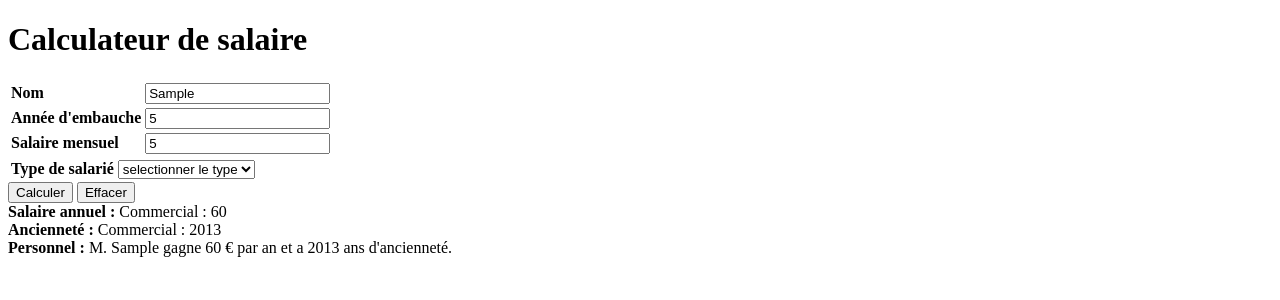
Repository: AgatheLM/formation_js
Page: insee-travaux-js/insee-client-js/tp2.html
An editor plug-in stored every save of this project. The page is shown before and after the next save, followed by the edit.
The browser window is 1280 px wide. The pictures show the whole page.
Empty fields were first filled with sample values (such as "Sample", 5 or name@example.com).
After loading, the first visible `input[onclick="calculer()"]` was clicked once.

Above is the page before, as saved 2018-01-25 11:22:48.

### insee-travaux-js/insee-client-js/tp2.html
<!DOCTYPE html>
<html>
<head>
	<meta charset="utf-8">
	<meta http-equiv="X-UA-Compatible" content="IE=edge">
	<title>TP 2</title>
	<script type="text/javascript" src="scripts/TP2/classe.js"></script>
	<script type="text/javascript" src="scripts/TP2/main.js"></script>
	<script type="text/javascript" src="scripts/TP2/utils.js"></script>
</head>

<body>
<h1> Calculateur de salaire</h1>
<form>
	<table>
		<tbody>
			<tr>
				<td> <label for="nom"> <strong> Nom </strong> </label></td>
				<td> <input type="text" id="nom" name="nom" value=""> </td>
			</tr>
			<tr>
				<td> <label for="anEmbauche"> <strong> Année d'embauche </strong> </label></td>
				<td> <input type="number" id="anEmbauche" name="anEmbauche" value=""> </td>
			</tr>
			<tr>
				<td> <label for="salaireM"> <strong> Salaire mensuel </strong> </label></td>
				<td> <input type="number" id="salaireM" name="salaireM" value=""> </td>
			</tr>
		</tbody>
	</table>
	<div id="divDev" style="display:none">
		<table>
			<tbody>
					<tr>
						<td> <label for="nbAppli"> <strong> Nombre d'applications </strong> </label></td>
						<td> <input type="number" id="nbAppli" name="nbAppli" value=""> </td>
					</tr>
					<tr>
						<td> <label for="note"> <strong> Note moyenne </strong> </label></td>
						<td> <input type="number" id="note" name="note" value=""> </td>
					</tr>
			</tbody>
		</table>
	</div>
	<div id="divCom" style="display:none">
		<table>
			<tbody>
					<tr>
						<td> <label for="pourcent"> <strong> Pourcentage (en %) </strong> </label></td>
						<td> <input type="number" id="pourcent" name="pourcent" value=""> </td>
					</tr>
					<tr>
						<td> <label for="caMoy"> <strong> Chiffre d'affaire moyen </strong> </label></td>
						<td> <input type="number" id="caMoy" name="caMoy" value=""> </td>
					</tr>
					<tr>
						<td> <label for="nbClient"> <strong> Nombre de clients </strong> </label></td>
						<td> <input type="number" id="nbClient" name="nbClient" value=""> </td>
					</tr>
				</tbody>
			</table>
	</div >
	<table>
		<tbody>
			<tr>
				<td> <label for="typeSalarie"> <strong>Type de salarié </strong> </label></td>
				<td><select name="typeSalarie" id="typeSalarie" onchange="methodeAfficheDiv()">
							<option value="none" selected="selected">selectionner le type </option>
							<option value="dev">Developpeur</option>
							<option value="com">Commercial</option>
					</select></td>
			</tr>
		</tbody>
	</table>
	<input type="button" value="Calculer" onClick="calculer()">
	<input type="reset" value="Effacer" onClick="effacer()"><br>
	<label for="salAn"> <strong> Salaire annuel : </strong> </label>
	<label id="salAn" name="salAn">  </label><br>
	<label for="anciennete"> <strong> Ancienneté :</strong> </label>
	<label id="anciennete" name="anciennete"> </label><br>
	<label for="persoString"> <strong> Personnel : </strong> </label>
	<label id="persoString" name="persoString"> </label><br>

</form>
</body>

### insee-travaux-js/insee-client-js/scripts/TP2/classe.js
/*******************************************************************************
 * Personnel *
 ******************************************************************************/

function Personnel(nom, anEmbauche, salaireM) {
	// Attributs
	this.nom = nom;
	this.anEmbauche = anEmbauche;
	this.salaireM = salaireM;
}

//Méthodes
Personnel.prototype.getSalaireA = function() {
	return 12 * this.salaireM;
}
Personnel.prototype.getAnciennete = function() {
	var today=new Date();
	var anneeEnCours = today.getFullYear();
	return anneeEnCours-this.anEmbauche;
}
Personnel.prototype.personnelToString = function() {
	return "M. "+this.nom +  " gagne " + this.getSalaireA() + " € par an et a "+this.getAnciennete()+" ans d'ancienneté.";
}

/*******************************************************************************
 * Developpeur *
 ******************************************************************************/

function Developpeur(nom, anEmbauche, salaireM, nbApp, note) {
	// Attributs parents
	Personnel.call(this, nom, anEmbauche, salaireM);
	// Attributs propres
	this.nbApp = nbApp;
	this.note = note;
}
Developpeur.prototype= new Personnel();
/*******************************************************************************
 * Commercial *
 ******************************************************************************/

function Commercial(nom, anEmbauche, salaireM, nbClient, caMoy, pourcent) {
	// Attributs parents
	Personnel.call(this, nom, anEmbauche, salaireM);
	// Attributs propres
	this.nbClient = nbClient;
	this.caMoy = caMoy;
	this.pourcent=pourcent;
}

//Méthodes
/**On instancie le fait que commercial est une instance de personnel pour pouvoire hériter des méthodes*/
Commercial.prototype= new Personnel();
Commercial.prototype.getSalaireA = function(){
	var salaireA = this.constructor.prototype.getSalaireA.call(this) + (this.caMoy*this.pourcent/100);
	return salaireA;
}

### insee-travaux-js/insee-client-js/scripts/TP2/main.js







// Cacher - afficher les div en fonction du select
 function methodeAfficheDiv(){
	 try{
		// Pour rempalcer le document.getElementById et rester en objet
		 var reader = new ElementReader();
		 //var div = document.getElementById("typeSalarie").value;
		 var div = reader.Select('typeSalarie');
		 if (div=="dev"){
			 document.getElementById("divDev").style.display="";
			 document.getElementById("divCom").style.display="none";
		 }else if (div=="com"){
			 document.getElementById("divDev").style.display="none";
			 document.getElementById("divCom").style.display="";
		 }else{
			 document.getElementById("divDev").style.display="none";
			 document.getElementById("divCom").style.display="none";
		 }

	 }catch(e){
		 console.log(e);
	 }
 }


 // Méthode de calcul
 function calculer(){
	 try{
		 var reader = new ElementReader();
		 var writer = new ElementWriter();

		 var type = reader.InputText("typeSalarie");
		 var nom = reader.InputText("nom");
		 var anEmb = reader.InputText("anEmbauche");
		 var salM = reader.InputText("salaireM");
		 //Dev
		 var nbAppli = reader.InputText("nbAppli");
		 var note = reader.InputText("note");
		 //Com
		 var nbClient = reader.InputText("nbClient");
		 var pourcent = reader.InputText("pourcent");
		 var caMoy = reader.InputText("caMoy");

		 if (type=="dev"){
			 var p = new Developpeur(nom, anEmb, salM, nbAppli, note);
			 var salaireA = p.getSalaireA();
			 writer.Tag("salAn", "Developpeur : " + salaireA);
			 var anciennete = p.getAnciennete();
			 writer.Tag("anciennete", "Developpeur : " + anciennete);
			 var persoString = p.personnelToString();
			 writer.Tag("persoString", persoString);

		 }else{
			 var p = new Commercial(nom, anEmb, salM, nbClient, pourcent, caMoy);
			 var salaireA =  p.getSalaireA();
			 writer.Tag("salAn", "Commercial : " + salaireA);
			 var anciennete = p.getAnciennete();
			 writer.Tag("anciennete", "Commercial : " + anciennete);
			 var persoString = p.personnelToString();
			 writer.Tag("persoString", persoString);

		 }

	 }catch(e){
		 console.log(e);
	 }


 }

### insee-travaux-js/insee-client-js/scripts/TP2/utils.js
/*Pour les saisies*/
Number.prototype.formatMoney = function (c, d, t) {
      var n = this,
              c = isNaN(c = Math.abs(c)) ? 2 : c,
              d = d === undefined ? "." : d,
              t = t === undefined ? "," : t,
              s = n < 0 ? "-" : "",
              i = parseInt(n = Math.abs(+n || 0).toFixed(c)) + "",
              j = (j = i.length) > 3 ? j % 3 : 0;
      return s + (j ? i.substr(0, j) + t : "") + i.substr(j).replace(/(\d{3})(?=\d)/g, "$1" + t) + (c ? d + Math.abs(n - i).toFixed(c).slice(2) : "");
    }; // Source: http://stackoverflow.com/questions/149055/how-can-i-format-numbers-as-money-in-javascript

    function ElementReader() {
    this.InputText = function (idInput) {
        var input = document.getElementById(idInput);
        if (input === null) {
          return undefined;
        }
        return input.value;
      };
      this.InputCheckbox = function (idInput) {
        var input = document.getElementById(idInput);
        if (input === null) {
          return undefined;
        }
        return input.checked;
      };
      this.InputInt = function (idInput) {
        var input = document.getElementById(idInput);
        if (input === null) {
          return undefined;
        }
        return parseInt(input.value);
      };
      this.Select = function (idSelect) {
        var select = document.getElementById(idSelect);
        if (select === null) {
          return undefined;
        }
        var idx = select.selectedIndex;
        return select.options[idx].value;
      };
    }

    function ElementWriter() {
      this.Tag = function (idTag, value) {
        var tag = document.getElementById(idTag);
        if (tag !== null) {
          tag.innerHTML = value;
        }
      };
      this.TagCurrency = function (idTag, value) {
        this.Tag(idTag, value.formatMoney(2, ',', '&nbsp;') + '$');
      };
      this.hideElement = function (idTag) {
        var tag = document.getElementById(idTag);
        if (tag !== null) {
          tag.style.display = 'none';
        }
      };
      this.showElement = function (idTag) {
        var tag = document.getElementById(idTag);
        if (tag !== null) {
          tag.style.display = 'block';
        }
      };
      this.InputText = function (idTag, value) {
        var tag = document.getElementById(idTag);
        if (tag !== null) {
          tag.value = value;
        }
      };
      this.InputInt = function (idTag, value) {
        var tag = document.getElementById(idTag);
        if (tag !== null) {
          tag.value = value;
        }
      };
    }

After the next save:
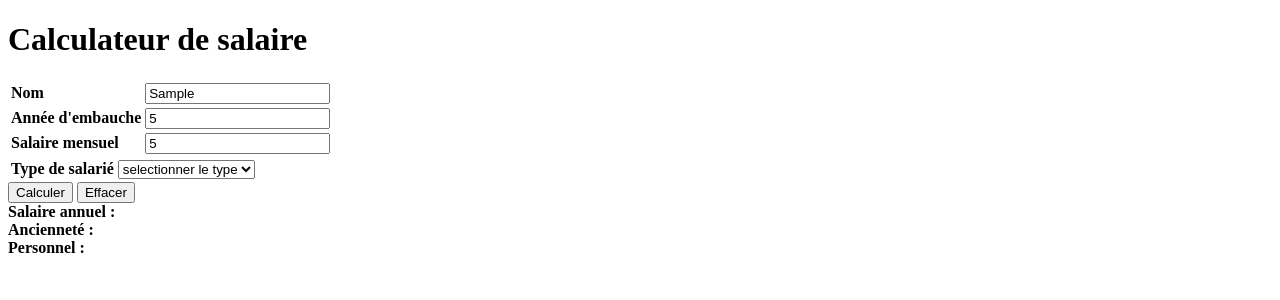
Saved 2 min 33 s later.
--- a/insee-travaux-js/insee-client-js/scripts/TP2/main.js
+++ b/insee-travaux-js/insee-client-js/scripts/TP2/main.js
@@ -34,8 +34,9 @@
 	 try{
 		 var reader = new ElementReader();
 		 var writer = new ElementWriter();
-
 		 var type = reader.InputText("typeSalarie");
+		 var typeSelect=ocument.getElementById("typeSalarie");
+		 var labelType=typeSelect.options[typeSelect.selectedIndex].text;
 		 var nom = reader.InputText("nom");
 		 var anEmb = reader.InputText("anEmbauche");
 		 var salM = reader.InputText("salaireM");

After the 2 saves that followed:
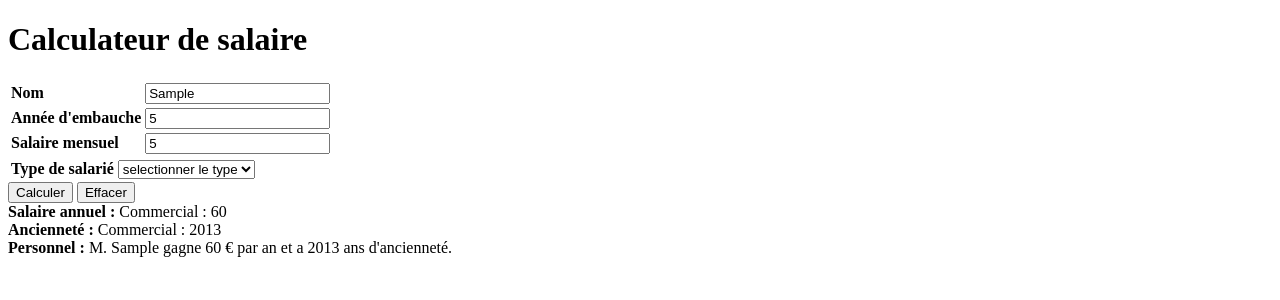
The 2 saves are shown as one change because 1 left the picture as it was.
The last was saved 38 s later.
--- a/insee-travaux-js/insee-client-js/scripts/TP2/main.js
+++ b/insee-travaux-js/insee-client-js/scripts/TP2/main.js
@@ -35,7 +35,7 @@
 		 var reader = new ElementReader();
 		 var writer = new ElementWriter();
 		 var type = reader.InputText("typeSalarie");
-		 var typeSelect=ocument.getElementById("typeSalarie");
+		 var typeSelect=document.getElementById("typeSalarie");
 		 var labelType=typeSelect.options[typeSelect.selectedIndex].text;
 		 var nom = reader.InputText("nom");
 		 var anEmb = reader.InputText("anEmbauche");
@@ -51,7 +51,7 @@
 		 if (type=="dev"){
 			 var p = new Developpeur(nom, anEmb, salM, nbAppli, note);
 			 var salaireA = p.getSalaireA();
-			 writer.Tag("salAn", "Developpeur : " + salaireA);
+			 writer.Tag("salAn", labelType+ " : " + salaireA);
 			 var anciennete = p.getAnciennete();
 			 writer.Tag("anciennete", "Developpeur : " + anciennete);
 			 var persoString = p.personnelToString();
